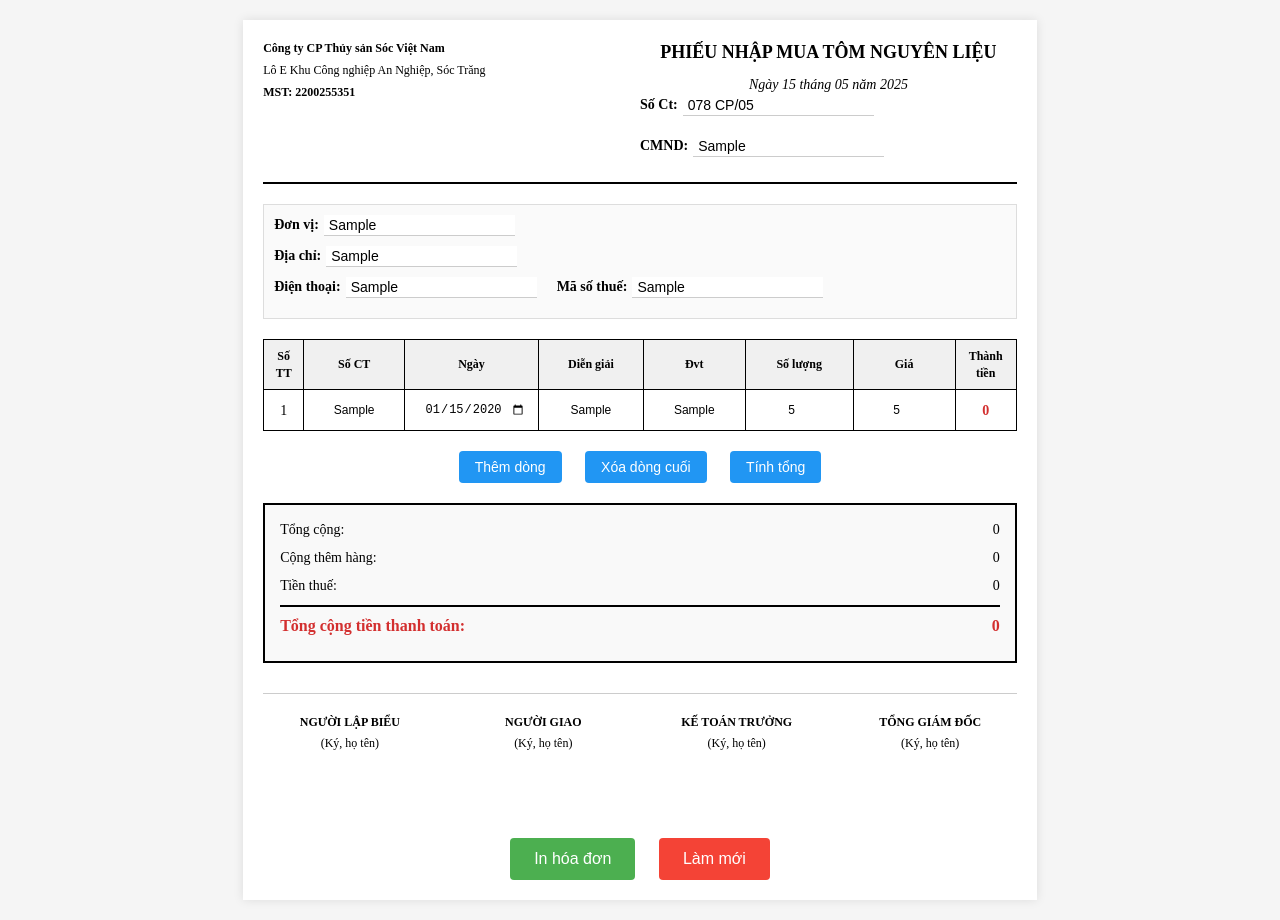
Repository: manhtuong0503/tom-nguyen-lieu
Page: index.html
These files come from the project's save history. The page is drawn as it stood at one moment and after the next save; the edit follows.
The browser window is 1280 px wide. The pictures show the whole page.
Empty fields were first filled with sample values (such as "Sample", 5 or name@example.com).
After loading, the first visible `button[onclick="calculateTotal()"]` was clicked once.

Above is the page before, as saved 2025-07-30 21:57:48.
Console error: TypeError: Cannot set properties of null (setting 'textContent')

After the next save:
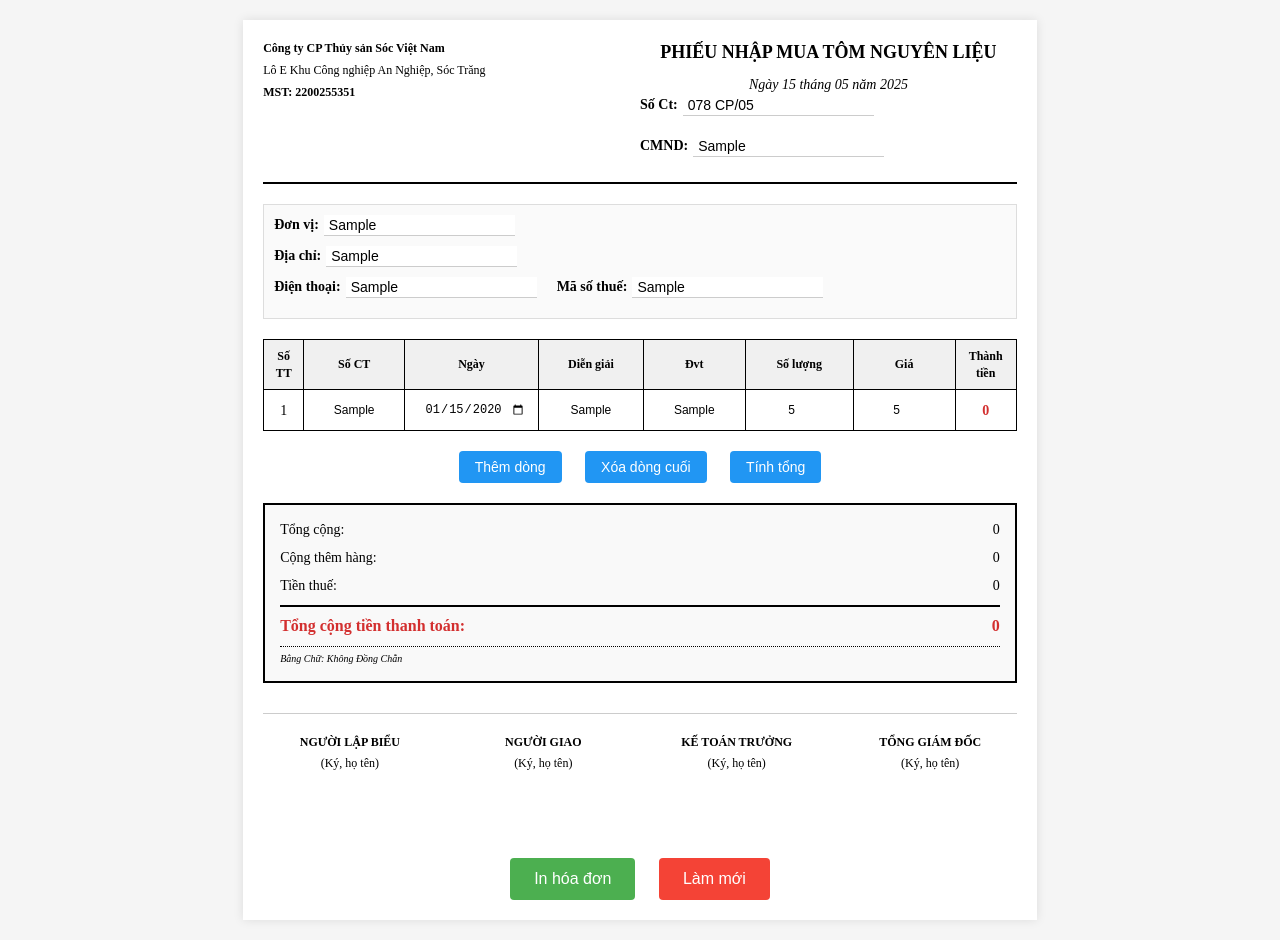
Saved 29 s later.
--- a/script.js
+++ b/script.js
@@ -143,17 +143,119 @@ function calculateTotal() {
     // Cập nhật các trường tổng
     document.getElementById('tong-cong').textContent = formatCurrency(tongCong);
 
-    // Tính thuế VAT (10%)
-    const tienThue = tongCong * 0.1;
-    document.getElementById('tien-thue').textContent = formatCurrency(tienThue);
-
     // Cộng thêm hàng (có thể để trống hoặc nhập thủ công)
     const congThemHang = 0; // Có thể thêm input để nhập
     document.getElementById('cong-them-hang').textContent = formatCurrency(congThemHang);
 
+    // Tiền thuế (để trống như trong mẫu)
+    const tienThue = 0;
+    document.getElementById('tien-thue').textContent = formatCurrency(tienThue);
+
     // Tổng thanh toán
     const tongThanhToan = tongCong + tienThue + congThemHang;
     document.getElementById('tong-thanh-toan').textContent = formatCurrency(tongThanhToan);
+
+    // Cập nhật số tiền bằng chữ
+    updateMoneyInWords(tongThanhToan);
+}
+
+// Chuyển đổi số thành chữ
+function numberToWords(num) {
+    if (num === 0) return "không đồng";
+
+    const ones = ["", "một", "hai", "ba", "bốn", "năm", "sáu", "bảy", "tám", "chín"];
+    const tens = ["", "", "hai mươi", "ba mươi", "bốn mươi", "năm mươi", "sáu mươi", "bảy mươi", "tám mươi", "chín mươi"];
+    const scales = ["", "nghìn", "triệu", "tỷ"];
+
+    function convertHundreds(n) {
+        let result = "";
+
+        const hundreds = Math.floor(n / 100);
+        const remainder = n % 100;
+        const tensDigit = Math.floor(remainder / 10);
+        const onesDigit = remainder % 10;
+
+        if (hundreds > 0) {
+            result += ones[hundreds] + " trăm";
+            if (remainder > 0) result += " ";
+        }
+
+        if (tensDigit >= 2) {
+            result += tens[tensDigit];
+            if (onesDigit > 0) {
+                if (onesDigit === 1) {
+                    result += " mốt";
+                } else if (onesDigit === 5 && tensDigit > 1) {
+                    result += " lăm";
+                } else {
+                    result += " " + ones[onesDigit];
+                }
+            }
+        } else if (tensDigit === 1) {
+            if (onesDigit === 0) {
+                result += "mười";
+            } else if (onesDigit === 5) {
+                result += "mười lăm";
+            } else {
+                result += "mười " + ones[onesDigit];
+            }
+        } else if (onesDigit > 0) {
+            if (hundreds > 0) {
+                result += "lẻ " + ones[onesDigit];
+            } else {
+                result += ones[onesDigit];
+            }
+        }
+
+        return result;
+    }
+
+    const groups = [];
+    let tempNum = Math.floor(num);
+
+    while (tempNum > 0) {
+        groups.unshift(tempNum % 1000);
+        tempNum = Math.floor(tempNum / 1000);
+    }
+
+    let result = "";
+    for (let i = 0; i < groups.length; i++) {
+        if (groups[i] > 0) {
+            const groupWords = convertHundreds(groups[i]);
+            const scaleIndex = groups.length - 1 - i;
+
+            if (result) result += " ";
+            result += groupWords;
+            if (scaleIndex > 0 && scaleIndex < scales.length) {
+                result += " " + scales[scaleIndex];
+            }
+        }
+    }
+
+    return result + " đồng";
+}
+
+// Cập nhật tiền bằng chữ
+function updateMoneyInWords(amount) {
+    const moneyInWords = numberToWords(amount);
+
+    // Tạo element để hiển thị số tiền bằng chữ nếu chưa có
+    let moneyWordsElement = document.getElementById('money-in-words');
+    if (!moneyWordsElement) {
+        moneyWordsElement = document.createElement('div');
+        moneyWordsElement.id = 'money-in-words';
+        moneyWordsElement.style.cssText = `
+            margin-top: 8px;
+            font-style: italic;
+            font-size: 10px;
+            border-top: 1px dotted #000;
+            padding-top: 5px;
+            text-transform: capitalize;
+        `;
+        document.querySelector('.totals-section').appendChild(moneyWordsElement);
+    }
+
+    moneyWordsElement.textContent = `Bằng chữ: ${moneyInWords.charAt(0).toUpperCase() + moneyInWords.slice(1)} chẵn`;
 }
 
 // In hóa đơn
